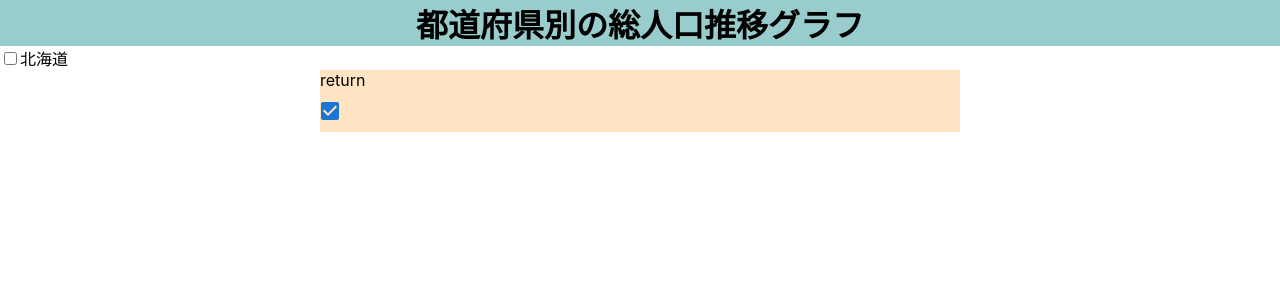
Repository: shisyamoCat/reqriutment-test
Page: /
The author's editor kept a copy of each file at every save. The page is drawn from the files as they stood at one save, then again after the next save.
The browser window is 1280 px wide. The pictures show the whole page.
The page's requests for data from a server got no answer. The project was rebuilt for these pictures with package versions that can differ from the ones it lists, and the page was loaded fresh each time. No one was signed in, and anything a server would have sent is missing.

Above is the page before, as saved 2022-07-06 16:16:07.

### src/App.js
import './css/App.css';
import React, { useState, useEffect, useCallback } from 'react';
import Highcharts from 'highcharts';
import HighchartsReact from 'highcharts-react-official';
import { PrefLists } from './components/index';

const App = () => {
    const [pref, setPref] = useState({});
    const [prefData, setPrefData] = useState({});
    const [highcharts, setHighcharts] = useState({});
    const [options, setOptions] = useState({});
    const [isSelected, setIsSelected] = useState(false);
    // const selected = array(47).fill(false);
    const apiKey = process.env.REACT_APP_API_KEY;

    const changeSelected = (index) => {
        const url = `https://opendata.resas-portal.go.jp/api/v1/population/composition/perYear?cityCode=-&prefCode=${index + 1}`;

        // 都道府県のチェック判定の為の配列を用意
        // const selectState = selected.slice();

        //
        // selectState[index] = !selectState[index];
        return(
            fetch(url, { headers: {"X-API-KEY": apiKey} })
        )
    }

    // 初回レンダリング時に都道府県一覧を取得
    useEffect(() => {
        // RESAS-API 都道府県一覧アドレス
        const url = "'https://opendata.resas-portal.go.jp/api/v1/prefectures'";
        // API-KEYを設定

        fetch(url, { headers: {"X-API-KEY": apiKey} })
        .then(res => console.log(res))
        // .then(response => response.json())
        // .then(data => {
        //     // setPrefData(data.result);
        //     console.log(data);
        // });
    }, []);

    return (
        <div className="wrapper">
            <header className="header">
                <h1 className="h1">都道府県別の総⼈⼝推移グラフ</h1>
            </header>

            <main>
                <input id='check' type="checkbox" check="false" onClick={() => setIsSelected(!setIsSelected)} />
                <label htmlFor="check">北海道</label>
                <PrefLists prefData={prefData} selected={isSelected}/>
                {/* <HighchartsReact Highcharts={highcharts} options={options} /> */}
            </main>
        </div>
    );
}

export default App

### src/css/App.css
.header {
  height: auto;
  background-color: #99cccc;
}

.header .h1 {
  width: -webkit-fit-content;
  width: -moz-fit-content;
  width: fit-content;
  margin: 0 auto;
}

.pref-grid {
  width: 50%;
  margin: 0 auto;
  background-color: bisque;
}
/*# sourceMappingURL=App.css.map */

### src/components/index.js
// export { default as Pref } from './Pref';
export { default as PrefLists } from './PrefLists';

### src/components/PrefLists.jsx
import React from 'react';
import { default as Pref } from './Pref';

const PrefLists = (props) => {
    return (
        <div className="pref-grid">
            {/* {props.prefData.map((value, index) => { */}
                return <Pref
                    prefName={props.prefName}
                    // key={index.toString()}
                    checked={props.isSelected}
                    />
            {/* })} */}
        </div>
    );
}

export default PrefLists

### src/components/Pref.jsx
import React from "react";
import { makeStyles, createStyles } from '@material-ui/core/styles';
import FormGroup from '@mui/material/FormGroup';
import FormControlLabel from '@mui/material/FormControlLabel';
import Checkbox from '@mui/material/Checkbox';

const useStyles = makeStyles(() => {
    createStyles({
        "form": {
            borderColor: "#444",
            color: "#444",
            fontWeight: 400,
        }
    })
})

const Pref = (props) => {
    const classes = useStyles();
    return (
        <FormGroup>
            <FormControlLabel
                id={props.prefName}
                className={classes.form}
                // onChange={togglePref}
                control={<Checkbox defaultChecked />}
                label={props.prefName}
                checked={props.isSelected}
            />
        </FormGroup>
    )
}

export default Pref

Loaded but not shown: public/index.html (common file); src/index.js (common file); src/index.css (common file); src/reportWebVitals.js (common file)

After the next save:
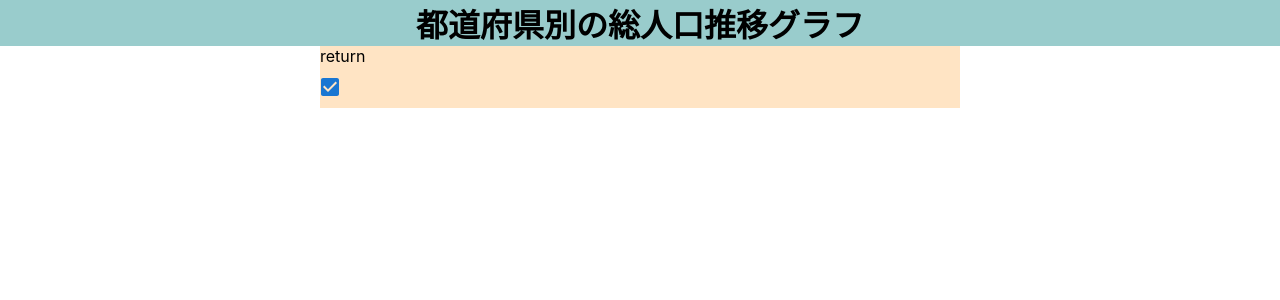
Saved 36 s later.
--- a/src/App.js
+++ b/src/App.js
@@ -48,8 +48,6 @@ const App = () => {
             </header>
 
             <main>
-                <input id='check' type="checkbox" check="false" onClick={() => setIsSelected(!setIsSelected)} />
-                <label htmlFor="check">北海道</label>
                 <PrefLists prefData={prefData} selected={isSelected}/>
                 {/* <HighchartsReact Highcharts={highcharts} options={options} /> */}
             </main>
